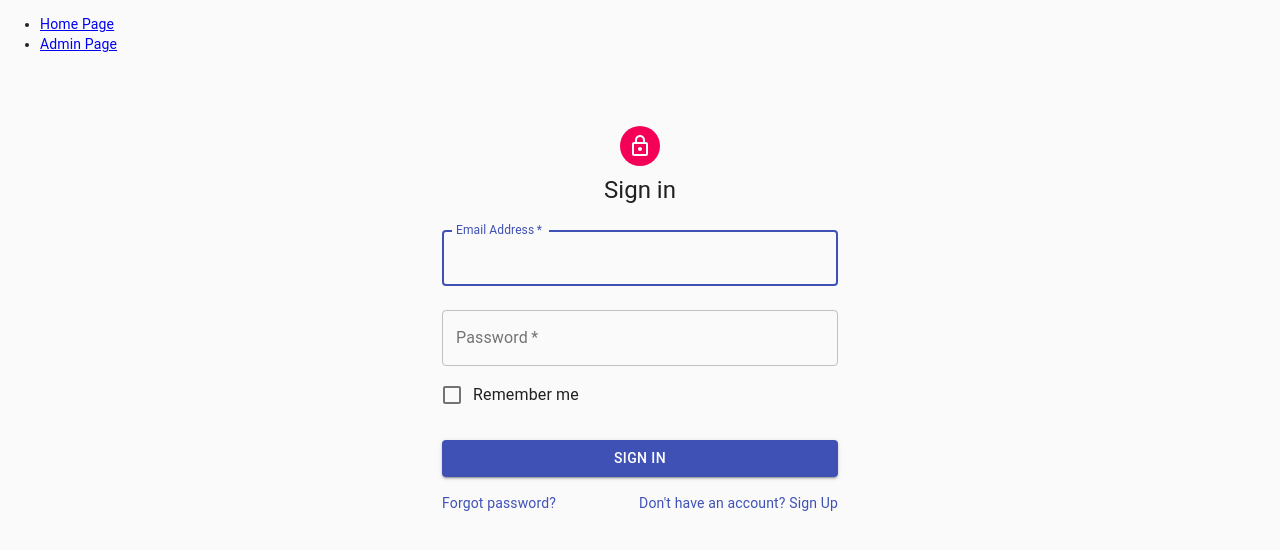
Repository: iznnull/models-front
Page: /
An editor plug-in stored every save of this project. The page is shown before and after the next save, followed by the edit.
The browser window is 1280 px wide. The pictures show the whole page.
The project was rebuilt for these pictures with package versions that can differ from the ones it lists, and the page was loaded fresh each time. Also part of the build but not shown: src/pages/Admin.js. Imported but missing from the stored project, and not drawn on this page: src/pages/Home.

Above is the page before, as saved 2020-05-12 14:14:16.

After the next save:
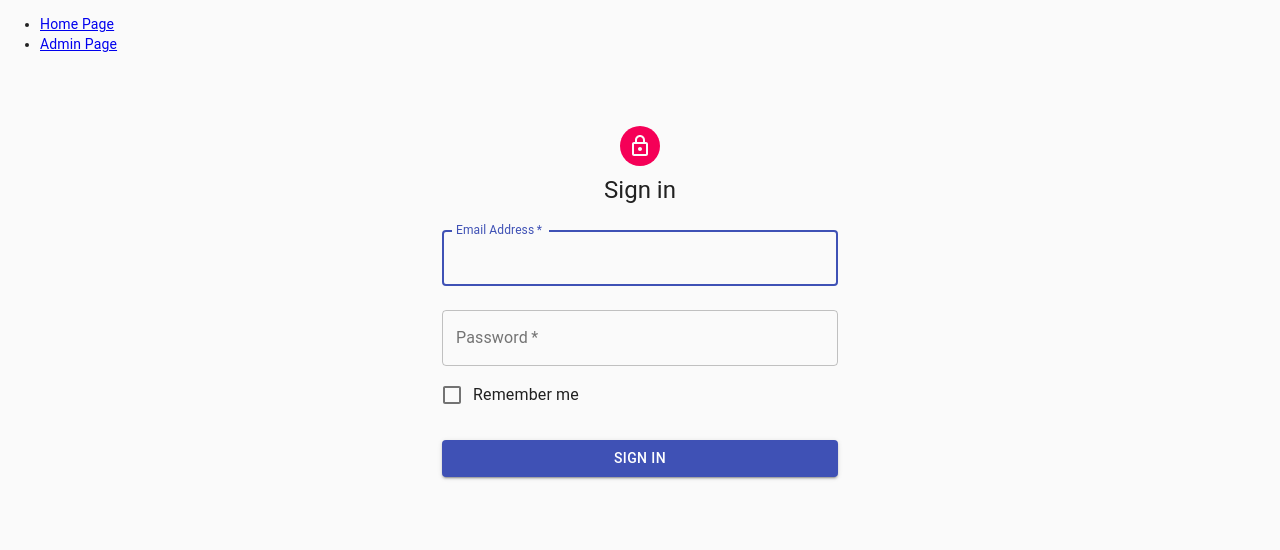
Saved 2 min 48 s later.
--- a/src/components/AuthForm.js
+++ b/src/components/AuthForm.js
@@ -83,18 +83,6 @@ function AuthForm(props) {
                 >
                     Sign In
                 </Button>
-                <Grid container>
-                    <Grid item xs>
-                    <Link href="#" variant="body2">
-                        Forgot password?
-                    </Link>
-                    </Grid>
-                    <Grid item>
-                    <Link href="#" variant="body2">
-                        {"Don't have an account? Sign Up"}
-                    </Link>
-                    </Grid>
-                </Grid>
             </form>
         </div>
 
